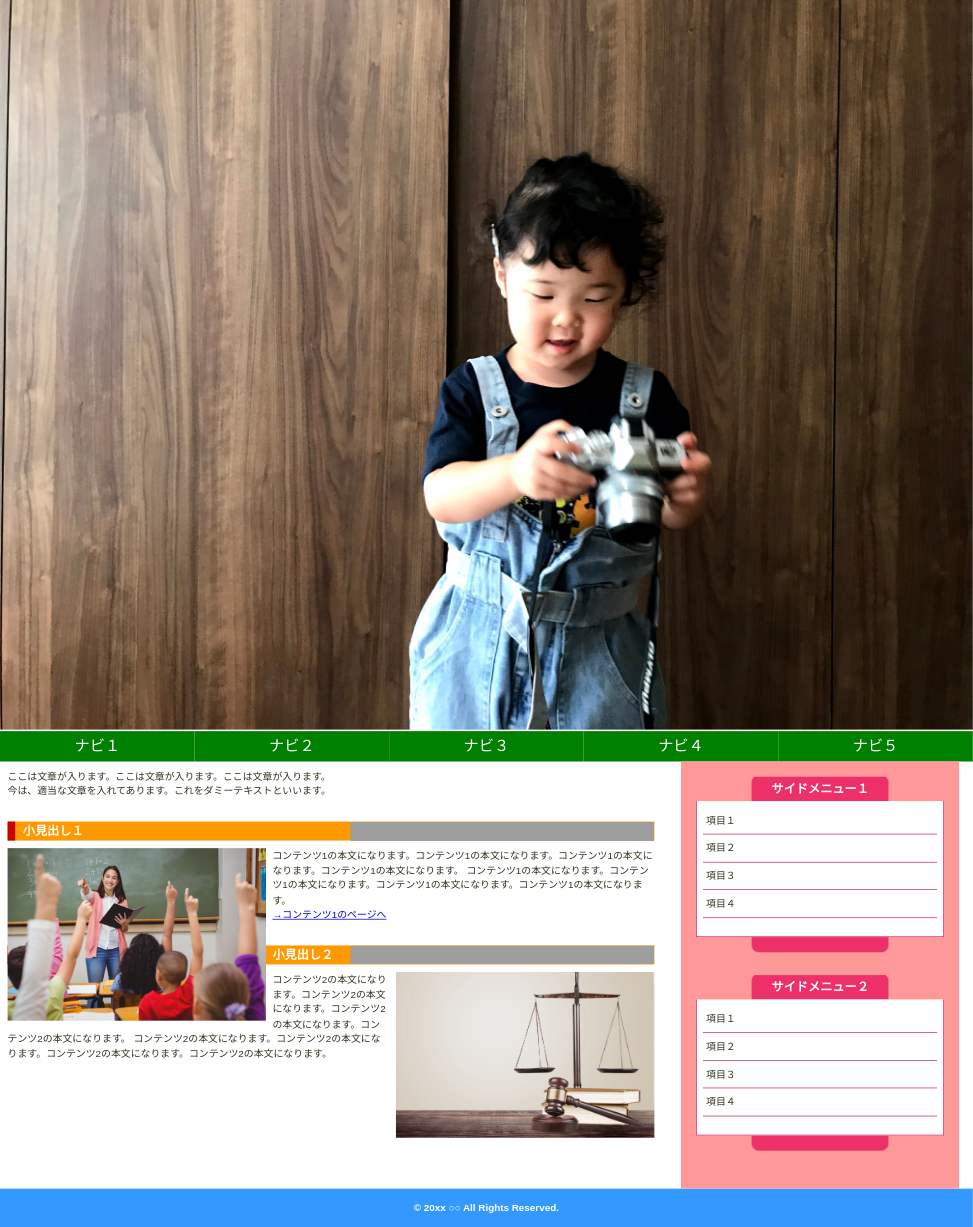
Repository: yutakakoyama/samurai_HTML-CSS
Page: home.html
The author's editor kept a record of every edit. The page is drawn from the files as they stood at one moment, then again after the next edit.
The browser window is 1280 px wide. The pictures show the whole page, at 76% of full size.
Pictures or frames that could not be fetched are drawn as grey boxes.

Above is the page before.

After the next edit:
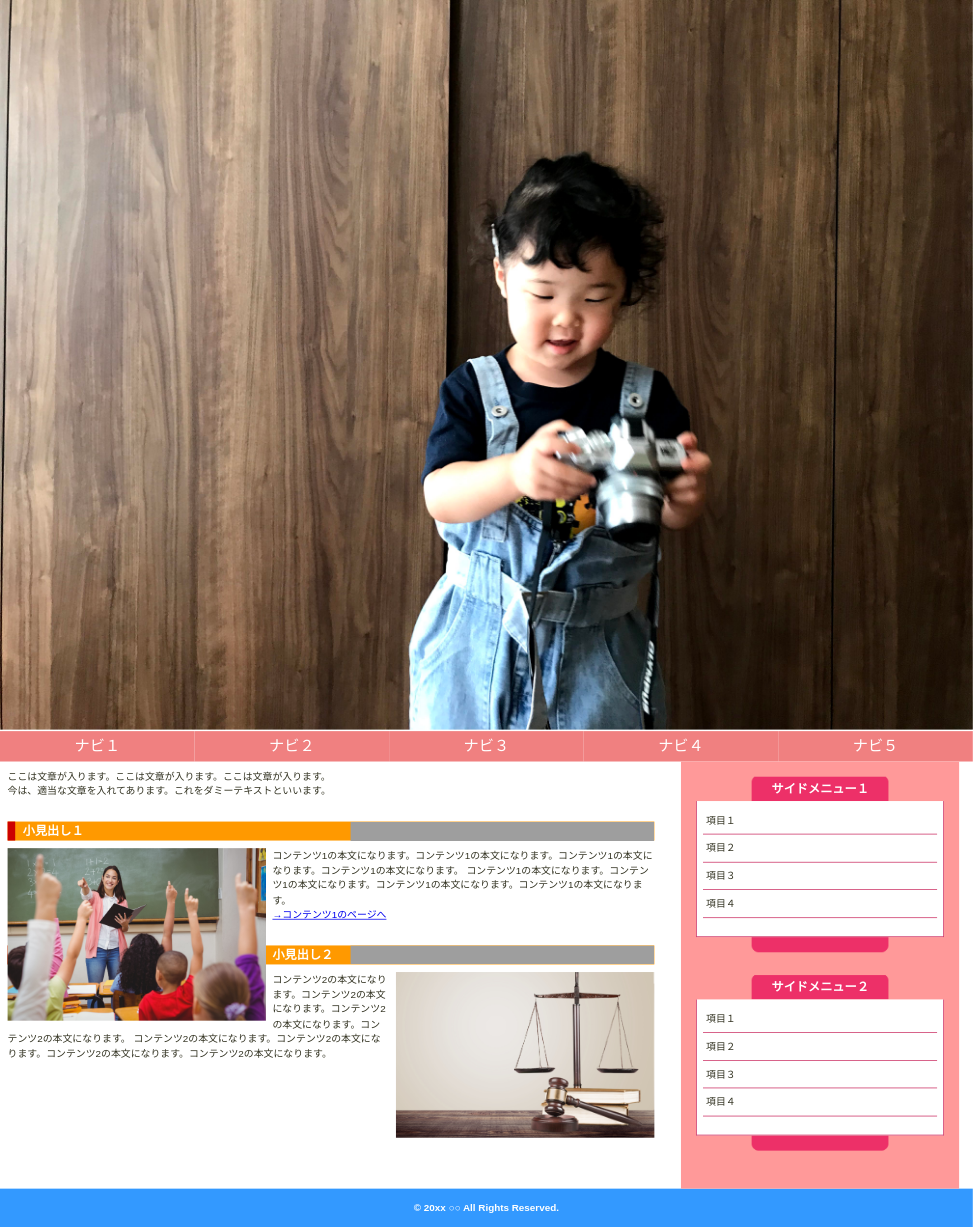
The edit:
--- a/stylesheet.css
+++ b/stylesheet.css
@@ -67,7 +67,7 @@
      color: #FFF;
      font-size: 20px;
      text-decoration: none;
-     background-color: green;
+     background-color: #f08080;
  }
  #nav ul li a:hover {
      filter: drop-shadow(10px 10px 10px black);
